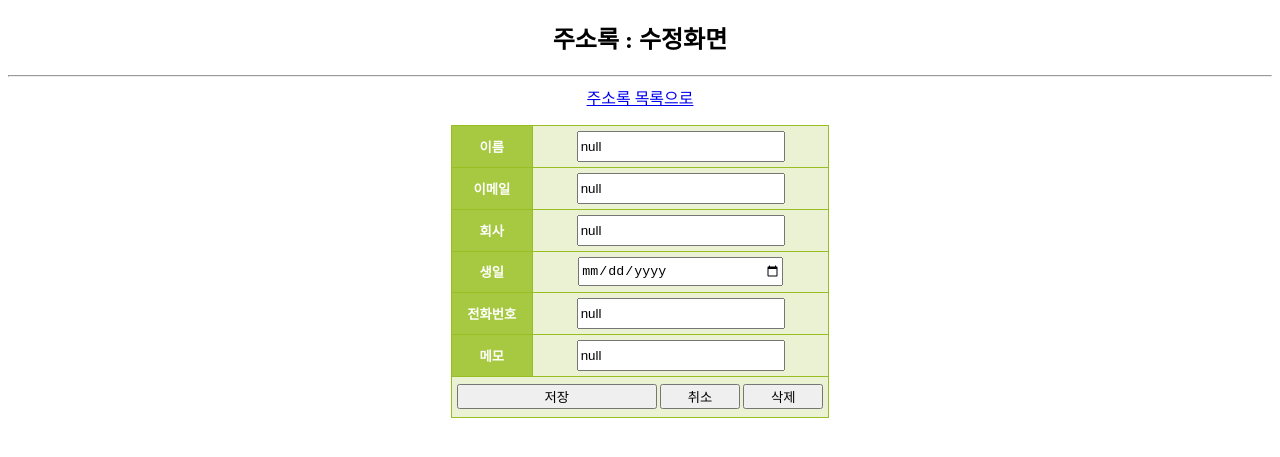
Repository: BeigeBear/TEST
Page: http://localhost/Addrbook/WebContents/addrbook_form_edit.jsp
An editor plug-in stored every save of this project. The page is shown before and after the next save, followed by the edit.
The browser window is 1280 px wide. The pictures show the whole page.
The page is served by Tomcat 9. Nobody is signed in. The application's start-up code is not run. Other server files are loaded and not shown.

Above is the page before, as saved 2022-12-06 06:42:19.

### Addrbook/WebContents/addrbook_form_edit.jsp
<%@ page language="java" contentType="text/html; charset=UTF-8"
    pageEncoding="UTF-8"
    errorPage="addrbook_error.jsp"
    import="com.addrbook.model.*, java.util.*" %>

<jsp:useBean id="addr" scope="request" class="com.addrbook.model.AddrDto" />

<!DOCTYPE html>
<html>
<head>

	<script>
		function delcheck(){
			result = confirm("정말로 삭제하시겠습니까?");

			if(result){
				document.form1.action.value="delete";
				document.form1.submit();
			}
			else {
				return;
			}
		}
	</script>
	<meta charset="UTF-8">
	<link rel="stylesheet" href="addrbook.css" type="text/css" media="screen"/>
</head>

<title>주소록 : 수정화면</title>

<body>
<div align="center">
	<h2>주소록 : 수정화면</h2>
	<hr>
	<a href=Addrbook/list.do >주소록 목록으로</a><p>
	<form name = form1
		method = post
		action = Addrbook/update.do" >

	<input type=hidden name="id" value="<%=addr.getId()%>">

	<table border="1">
		<tr>
		<th>이름</th>
		<td><input type="text" name = "name" value="<%=addr.getName() %>" ></td>
		</tr>

		<tr>
		<th>이메일</th>
		<td><input type="text" name = "email" value="<%=addr.getEmail() %>" ></td>
		</tr>

		<tr>
		<th>회사</th>
		<td><input type="text" name = "comdept" value="<%=addr.getComdept() %>"></td>
		</tr>

		<tr>
		<th>생일</th>
		<td><input type="date" name = "birth" value="<%=addr.getBirth() %>"></td>
		</tr>

		<tr>
		<th>전화번호</th>
		<td><input type="text" name = "tel" value="<%=addr.getTel() %>"></td>
		</tr>

		<tr>
		<th>메모</th>
		<td><input type="text" name = "memo" value="<%=addr.getMemo() %>"></td>
		</tr>

		<tr>
		<td colspan=2 align=center>
		<input type = "submit" value="저장">
		<input type = "reset" value="취소">
		<input type="button" value="삭제" onClick="delcheck()"></td>
		</tr>

	</table>


	</form>





</div>
</body>

</html>

### Addrbook/src/main/java/com/addrbook/model/AddrDto.java
package com.addrbook.model;

public class AddrDto {

	// 멤버 변수 선언
	private int id;
	private String name;
	private String email;
	private String tel;
	private String birth;
	private String comdept;
	private String memo;

	public AddrDto() {
	}

	public AddrDto(int id, String name, String email, String comdept, String birth, String tel, String memo) {
		this.id = id;
		this.name = name;
		this.email = email;
		this.comdept = comdept;
		this.birth = birth;
		this.tel = tel;
		this.memo = memo;
	}

	public int getId() {
		return id;
	}

	public void setId(int id) {
		this.id = id;
	}

	public String getName() {
		return name;
	}

	public void setName(String name) {
		this.name = name;
	}

	public String getEmail() {
		return email;
	}

	public void setEmail(String email) {
		this.email = email;
	}

	public String getTel() {
		return tel;
	}

	public void setTel(String tel) {
		this.tel = tel;
	}

	public String getBirth() {
		return birth;
	}

	public void setBirth(String birth) {
		this.birth = birth;
	}

	public String getComdept() {
		return comdept;
	}

	public void setComdept(String comdept) {
		this.comdept = comdept;
	}

	public String getMemo() {
		return memo;
	}

	public void setMemo(String memo) {
		this.memo = memo;
	}

}

### Addrbook/WebContents/addrbook.css
@charset "UTF-8";

table{
    width :auto;
    border-collapse: collapse;
    text-align: center;
}


td, th{
    font-size: 10pt;
    border: 1px solid #98bf21;
    height: 30px;
    padding: 5px;
}

th{
    background-color: #a7c942;
    color: #ffffff;
    font-family: Georgia;
}


tr td{
    color: #000;
    background-color: #eaf2d3;
}

input{
    height: 25px;
    width: 200px;
}
input [type="submit"], [type="reset"], [type="button"]{
    height: 25px;
    width: 80px;
}

After the next save:
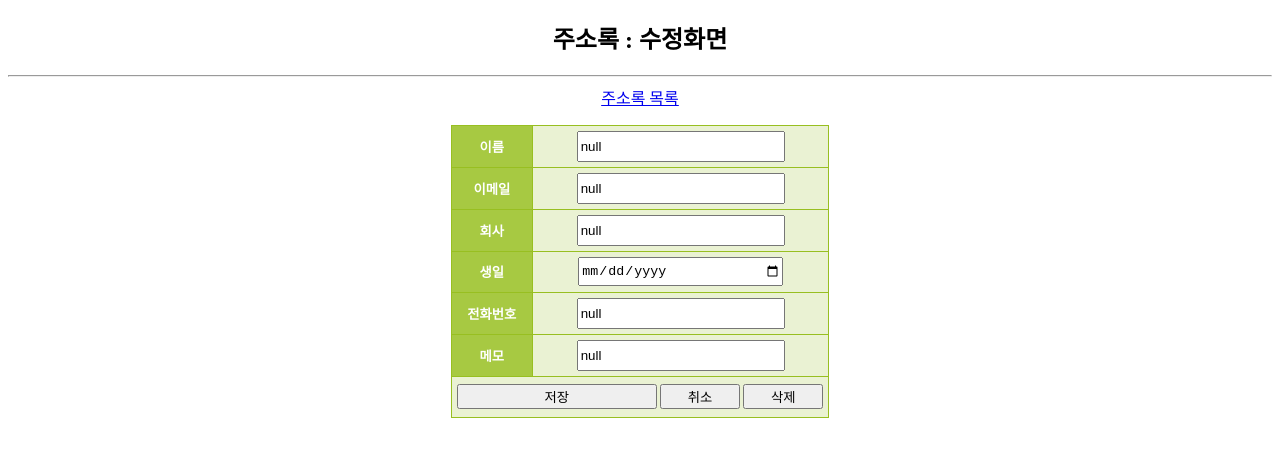
Saved 6 s later.
--- a/Addrbook/WebContents/addrbook_form_edit.jsp
+++ b/Addrbook/WebContents/addrbook_form_edit.jsp
@@ -32,7 +32,7 @@
 <div align="center">
 	<h2>주소록 : 수정화면</h2>
 	<hr>
-	<a href=Addrbook/list.do >주소록 목록으로</a><p>
+	<a href = Addrbook/list.do >주소록 목록</a><p>
 	<form name = form1
 		method = post
 		action = Addrbook/update.do" >
